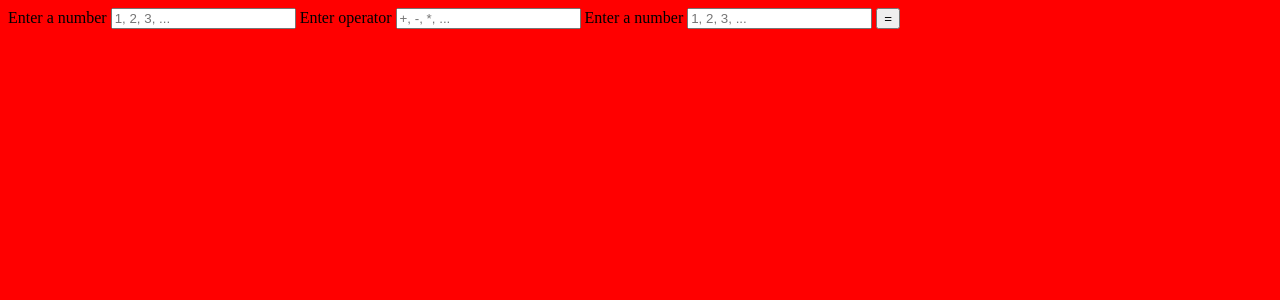
Repository: WesleyErasmus/threeInputCalculator
Page: html/if-calculator.html
The author's editor kept a copy of each file at every save. The page is drawn from the files as they stood at one save, then again after the next save.
The browser window is 1280 px wide. The pictures show the whole page.

Above is the page before, as saved 2022-04-27 21:19:56.
Not found: html/js/if-calculation.js

### html/if-calculator.html
<!DOCTYPE html>
<html lang="en">
<head>
    <meta charset="UTF-8">
    <meta http-equiv="X-UA-Compatible" content="IE=edge">
    <meta name="viewport" content="width=device-width, initial-scale=1.0">
    <title>JS If Calculator</title>
    <link rel="stylesheet" href="css/stylesheet.css">
    <script src="js/if-calculation.js" defer></script>
</head>
<body>

    <form>
        <label for="input1">Enter a number</label>
         <input id="input1" type="text" name = "input1" placeholder="1, 2, 3, ..."> <!-- input-1 -->
         <label for="input3">Enter operator</label>
         <input id="input3" type="text" name = "input3" placeholder="+, -, *, ..."> <!-- input-3 (operator) -->
         <label for="input2">Enter a number </label>
         <input id="input2" type="text" name = "input2" placeholder="1, 2, 3, ..."> <!-- input-2 -->
         <button onclick="numberValidation()">=</button>
         <p id="output"></p>
    </form>

</body>
</html>

Loaded but not shown: css/stylesheet.css (common file)

After the next save:
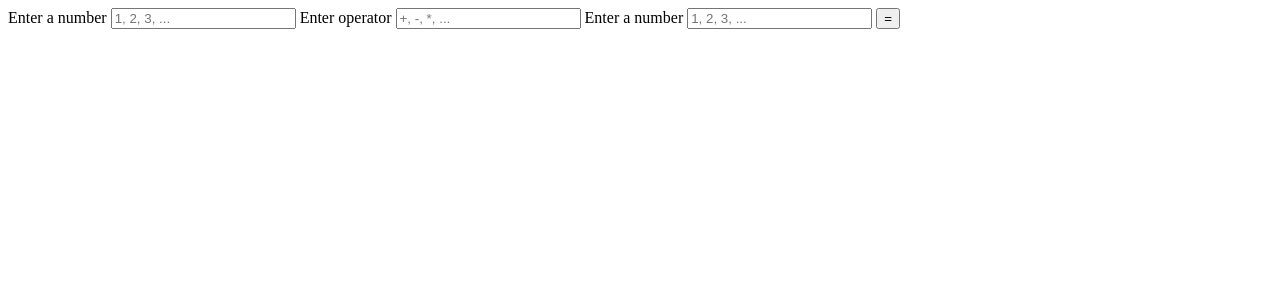
Saved 4 min 44 s later.
--- a/html/if-calculator.html
+++ b/html/if-calculator.html
@@ -5,8 +5,8 @@
     <meta http-equiv="X-UA-Compatible" content="IE=edge">
     <meta name="viewport" content="width=device-width, initial-scale=1.0">
     <title>JS If Calculator</title>
-    <link rel="stylesheet" href="css/stylesheet.css">
-    <script src="js/if-calculation.js" defer></script>
+
+
 </head>
 <body>
 
